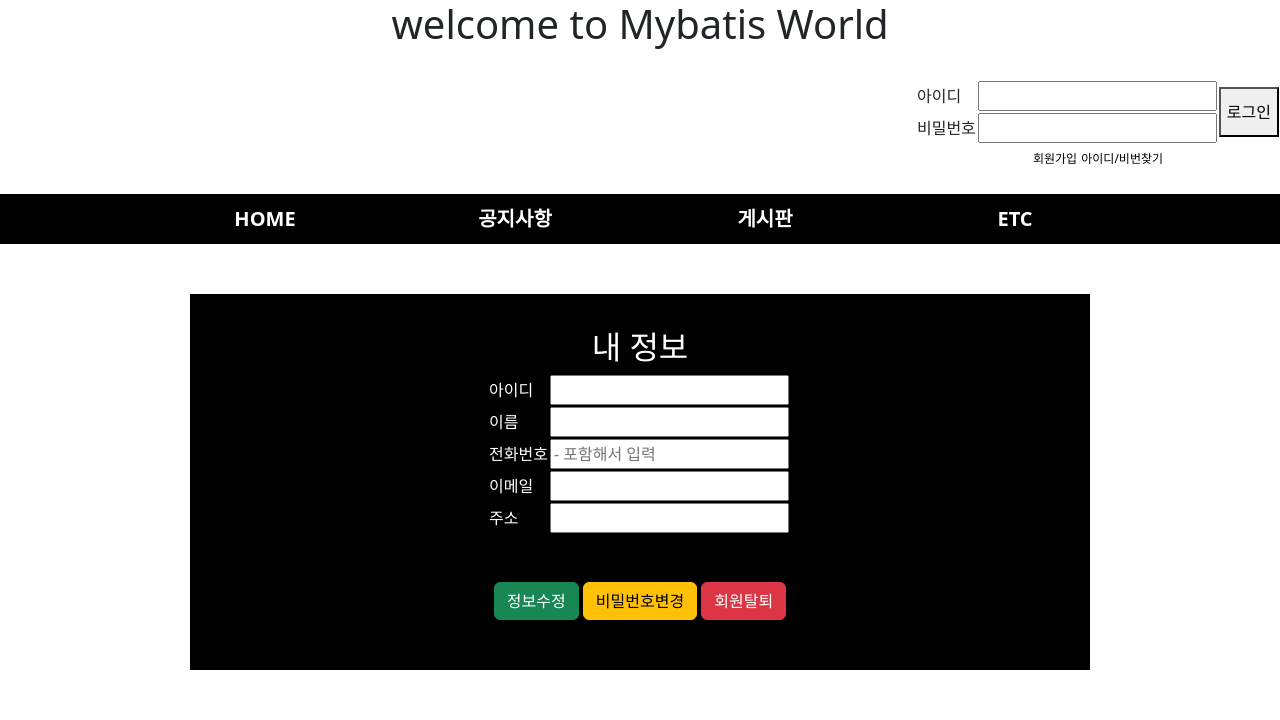
Repository: jchxnee/Juchan
Page: http://localhost/mybatisProject/mypage.me
These files come from the project's save history. The page is drawn as it stood at one moment and after the next save; the edit follows.
The browser window is 1280 px wide. The pictures show the whole page.
The page is served by Tomcat 10.

Above is the page before, as saved 2025-03-06 06:24:11.

After the next save:
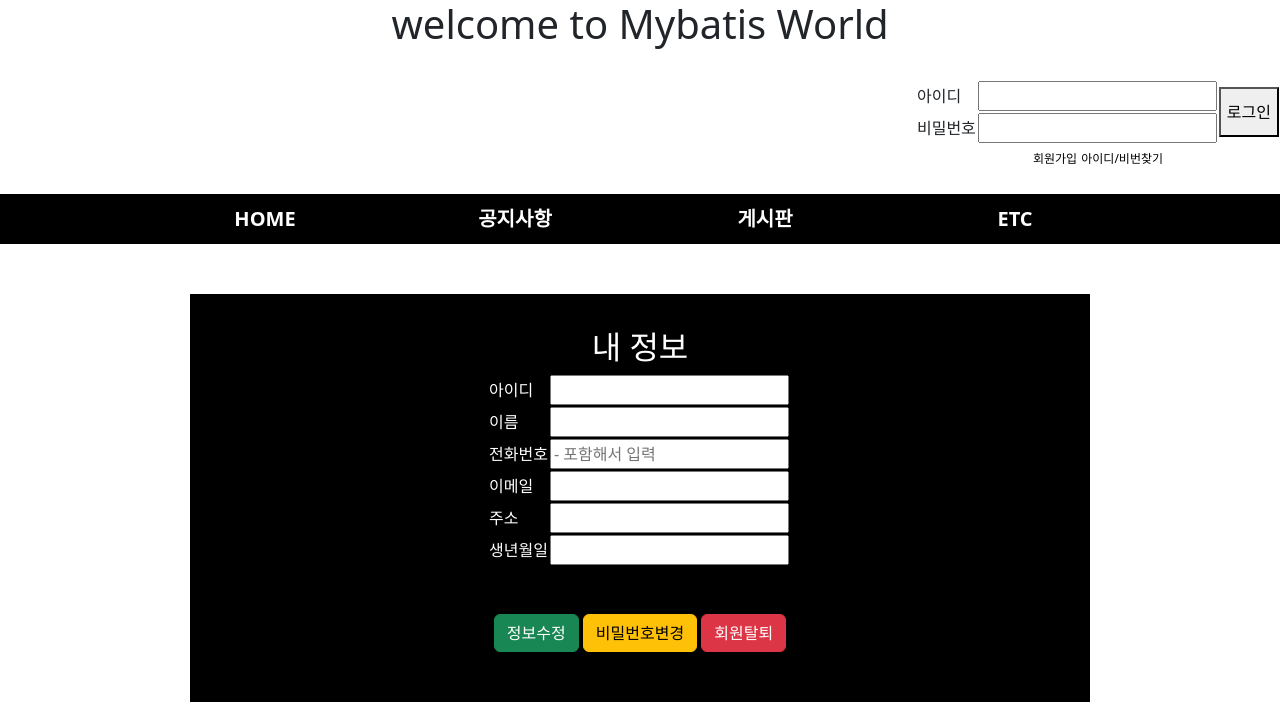
Saved 2 min 39 s later.
--- a/08_MyBatis/mybatisProject/src/main/webapp/views/member/myPage.jsp
+++ b/08_MyBatis/mybatisProject/src/main/webapp/views/member/myPage.jsp
@@ -65,7 +65,10 @@
                <td></td>
             </tr>
             <tr>
-
+               <td>생년월일</td>
+               <td><input type="text" name="address"
+                  value="${loginUser.address}"></td>
+               <td></td>
             </tr>
          </table>
          </form>
